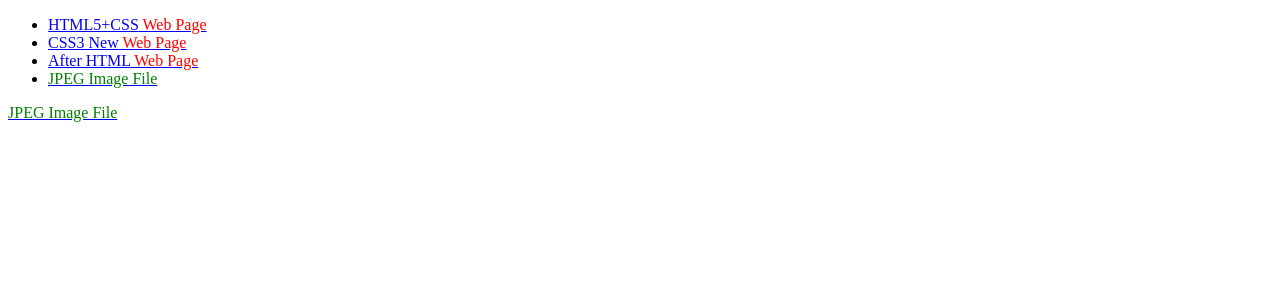
Repository: lixinso/html5
Page: workspace/CSS3/WebContent/selector/selector2.html
These files come from the project's save history. The page is drawn as it stood at one moment and after the next save; the edit follows.
The browser window is 1280 px wide. The pictures show the whole page.

Above is the page before, as saved 2011-05-27 14:21:05.

After the next save:
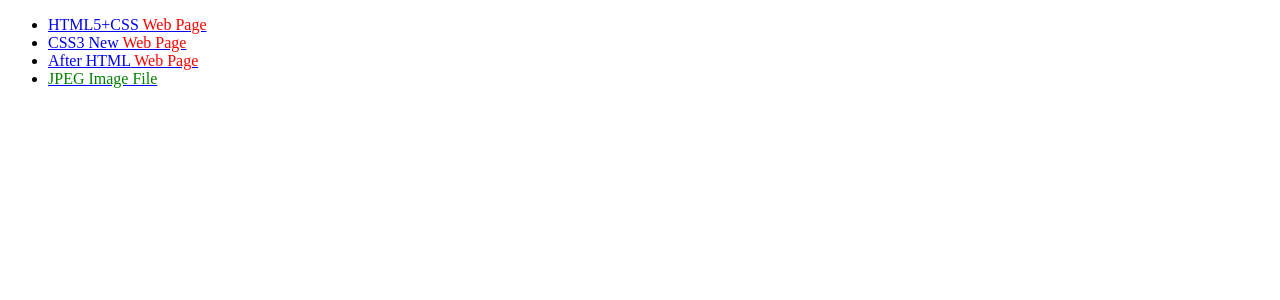
Saved 3 s later.
--- a/workspace/CSS3/WebContent/selector/selector2.html
+++ b/workspace/CSS3/WebContent/selector/selector2.html
@@ -23,7 +23,7 @@
 		<li><a href="http://google.com/">HTML5+CSS</a></li>
 		<li><a href="http://www.baidu.com/test.htm">CSS3 New</a></li>
 		<li><a href="http://test/test.html">After HTML</a></li>
-		<li><a href="photo.jpg"</li>
+		<li><a href="photo.jpg"></a></li>
 	</ul>
 </body>
 </html>
